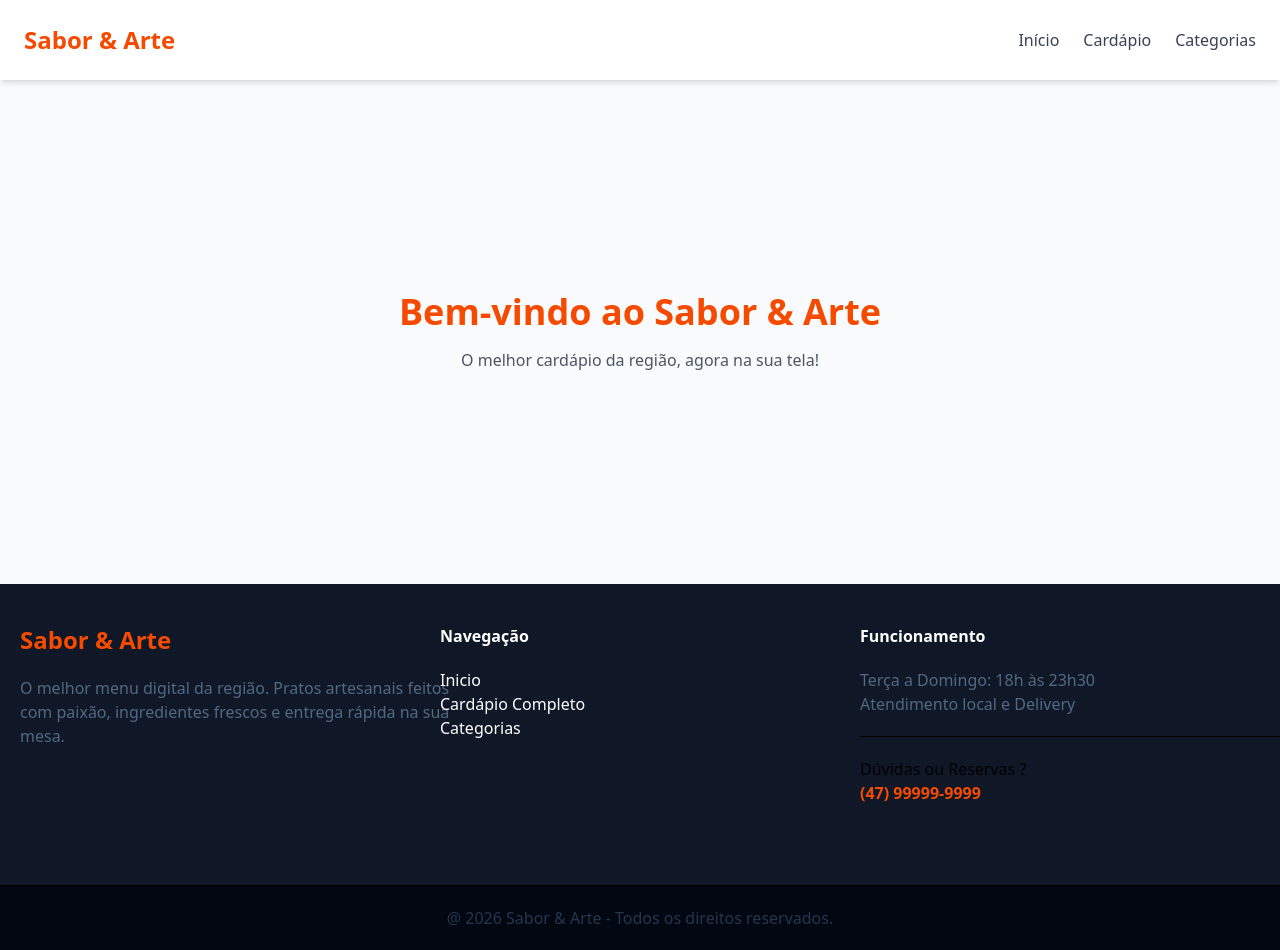
Repository: DiegoWWeege/pair-programming-next-js
Page: / (app in next-js-project/)
These files come from the project's save history. The page is drawn as it stood at one moment and after a run of saves; the edit follows.
The browser window is 1280 px wide. The pictures show the whole page.
The project was rebuilt for these pictures with package versions that can differ from the ones it lists, and the page was loaded fresh each time. The framework's server and built-in components were replaced by stand-ins that run in the browser. Also part of the build but not shown: next-js-project/next.config.ts.

Above is the page before, as saved 2026-09-18 18:57:02.

### next-js-project/src/app/layout.tsx
import type { Metadata } from "next";
import "./globals.css";
import {Inter, Montserrat} from "next/font/google"
import NavBar from "@/components/NavBar";
import Footer from "@/components/Footer";

const inter = Inter({subsets: ["latin"], variable : "--font-inter"});

const montserrat = Montserrat({ subsets: ["latin"], variable: "--font-montserrat"})

export const metadata: Metadata = {
  title: "Menu Digital - Restaurante",
  description: "Desenvolvido por Diego e Cherpinski",
};

export default function RootLayout({ children }: LayoutProps<"/">) {
  return (
    <html
      lang="pt-br"
    >
      <body className="bg-gray-50 antialiased">
        <NavBar></NavBar>
        {children}
        <Footer/>

      </body>
    </html>
  );
}

### next-js-project/src/app/page.tsx
import Image from "next/image";
import Footer from "../components/Footer";
import NavBar from "@/components/NavBar";

export default function Home() {
  return (
    <div>
      <main className="flex flex-col items-center justify-center min-h-[70vh]">
        <h1 className="text-4xl font-bold text-orange-600 ">Bem-vindo ao Sabor & Arte</h1>
        <p className="mt-4 text-gray-600">O melhor cardápio da região, agora na sua tela!</p>
      </main>
    </div>
  );
}

### next-js-project/src/components/NavBar.tsx
import Link from "next/link";


export default function NavBar(){

    return (
        <nav className="flex items-center justify-between p-6 bg-white shadow-md">
            <h2 className="text-2xl font-bold text-orange-600">Sabor & Arte</h2>

            <div className="flex gap-6">
                <Link href= "/" className="text-gray-700 hover:text-orange-600 font-medium">Início</Link>

                <Link href= "/cardapio" className="text-gray-700 hover:text-orange-600 font-medium">Cardápio</Link>

                <Link href= "/categorias" className="text-gray-700 hover:text-orange-600 font-medium">Categorias</Link>
            </div>

        </nav>
    );
}

### next-js-project/src/components/Footer.tsx
import Link from "next/link"

export default function Footer(){

    return(

        <footer>
           <div className="grid grid-cols-3 bg pl-5 bg-[#101828] pt-10 pb-20">
                <div>
                    <h2 className="font-bold text-orange-600 text-2xl mb-5 ">
                        Sabor & Arte
                    </h2>

                    <p className="w-110 mb-5 w-60 text-[#506982]">
                        O melhor menu digital da região. Pratos artesanais feitos com
                        paixão, ingredientes frescos e entrega rápida na sua mesa.
                    </p>
                </div>

                <div>
                    <h3 className = "text-white font-bold mb-5">
                        Navegação
                    </h3>

                    <Link className = "block text-white" href="/">Inicio</Link>
                    <Link className = "block text-white" href="/cardapio">Cardápio Completo</Link>
                    <Link className = "block text-white" href="/categorias">Categorias</Link>
                </div>

                <div>
                    <h3 className="text-white font-bold mb-5">
                        Funcionamento
                    </h3>

                    <p className="mb-5 w-60 text-[#506982]">
                        Terça a Domingo: 18h às 23h30
                        Atendimento local e Delivery
                    </p>

                    <hr />

                    <p className="mt-5">
                        Dúvidas ou Reservas ?
                    </p>

                    <strong className="text-orange-600">
                        (47) 99999-9999
                    </strong>
                </div>

           </div>

            <hr />

           <div className = "flex items-center justify-center p-5 bg-[#030712]">
                    <p className="text-[#25374E]">
                        @ 2026 Sabor & Arte - Todos os direitos reservados.
                    </p>
            </div>
        </footer>
    )

}

Loaded but not shown: next-js-project/src/app/globals.css (common file)

After the next 5 saves:
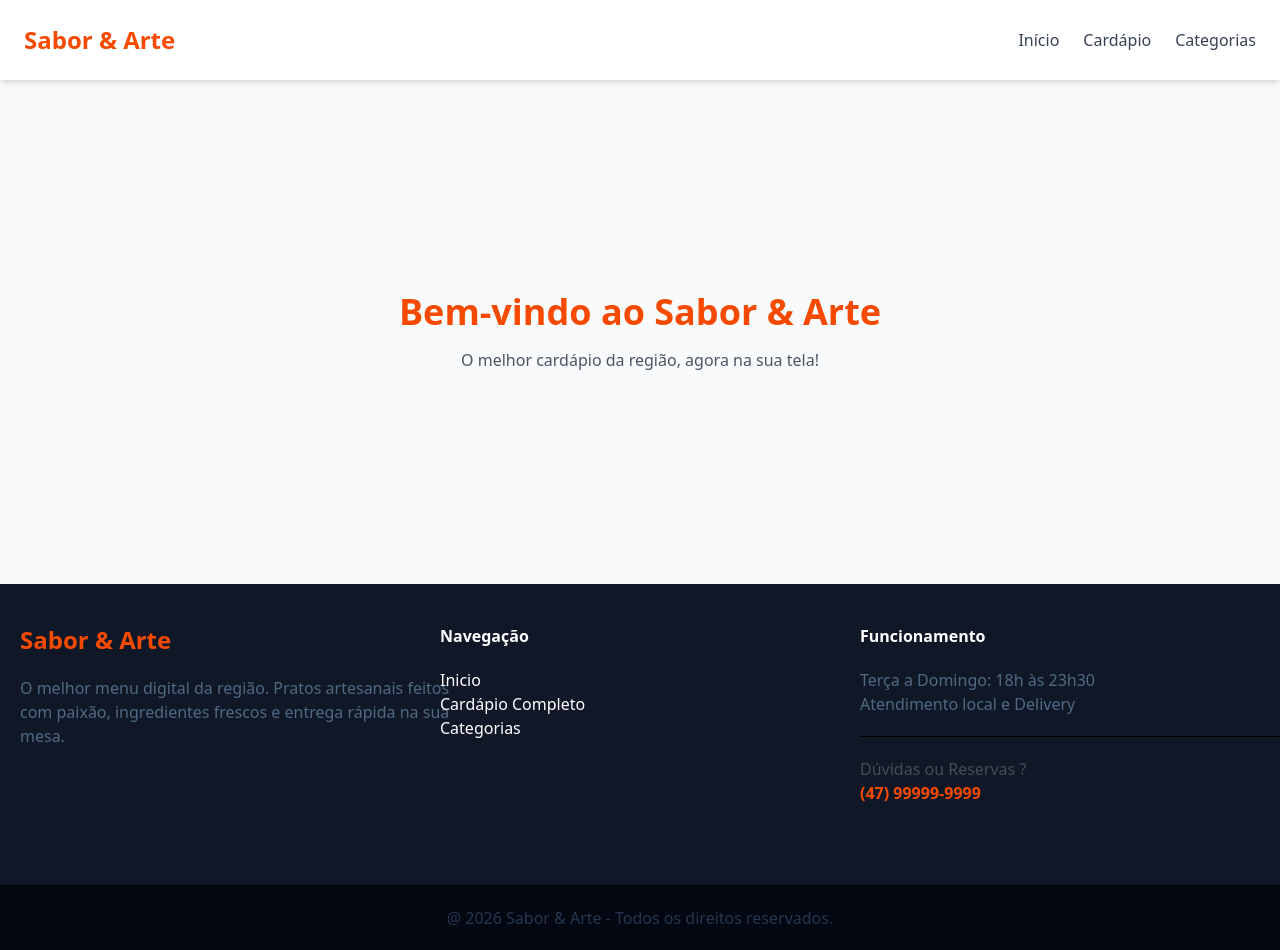
The 5 saves are shown as one change because they came seconds apart.
The last was saved 26 s later.
--- a/next-js-project/src/components/Footer.tsx
+++ b/next-js-project/src/components/Footer.tsx
@@ -39,7 +39,7 @@ export default function Footer(){
 
                     <hr />
 
-                    <p className="mt-5">
+                    <p className="mt-5 text-[#444E56]">
                         Dúvidas ou Reservas ?
                     </p>
 
